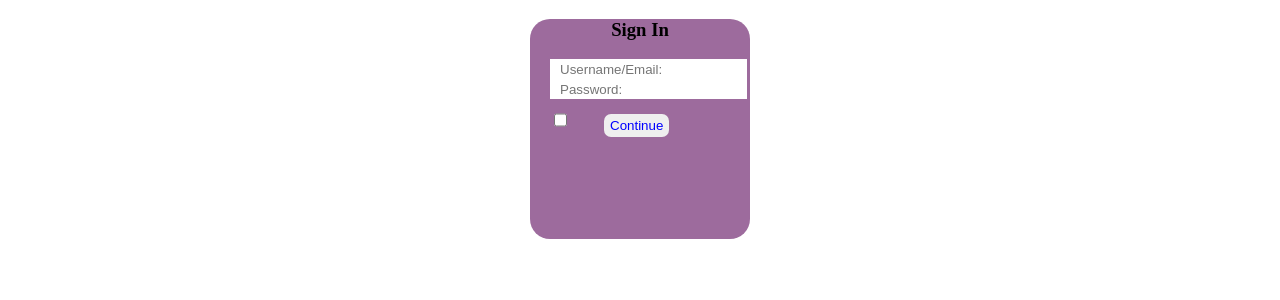
Repository: Tobby004/basic-loanweb
Page: signIn.html
These files come from the project's save history. The page is drawn as it stood at one moment and after the next save; the edit follows.
The browser window is 1280 px wide. The pictures show the whole page.

Above is the page before, as saved 2023-06-15 04:02:18.

### signIn.html
<!DOCTYPE html>
<html lang="en">
<head>
    <meta charset="UTF-8">
    <meta http-equiv="X-UA-Compatible" content="IE=edge">
    <meta name="viewport" content="width=<device-width>, initial-scale=1.0">
    <title>SIGN-IN</title>
    <link rel="stylesheet" href="signin.css">
</head>
<body>
    <div class="signin-box">
    <h3>Sign In</h3>
    <form>
        <input id="User" type="text" placeholder="Username/Email:">
        <input id="pass" type="password" placeholder="Password:">
        <input id="check" type="checkbox"
    </form>
    <button>Continue</button>
</div>
<script>
    check.onclick = togglePassword;
    function togglePassword() {
      if (check.checked) pass.type = "text";
      else pass.type = "password";
    }
</script>
</body>
</html>

### signin.css
* {
    box-sizing: border-box;
}
.signin-box{
    margin: auto;
    height: 220px;
    width: 220px;
    background: #9d6b9d;
    border-radius: 20px;
}
h3 {
    text-align: center;

}
form {
    margin-left: 20px;
}
input{
    height: 20px;
    padding: 10px;
    border: none;
}
button {
    margin-top: 15px;
    margin-left: 30px;
    height: 23px;
    border: none;
    border-radius:7px;
    color: blue;
}

After the next save:
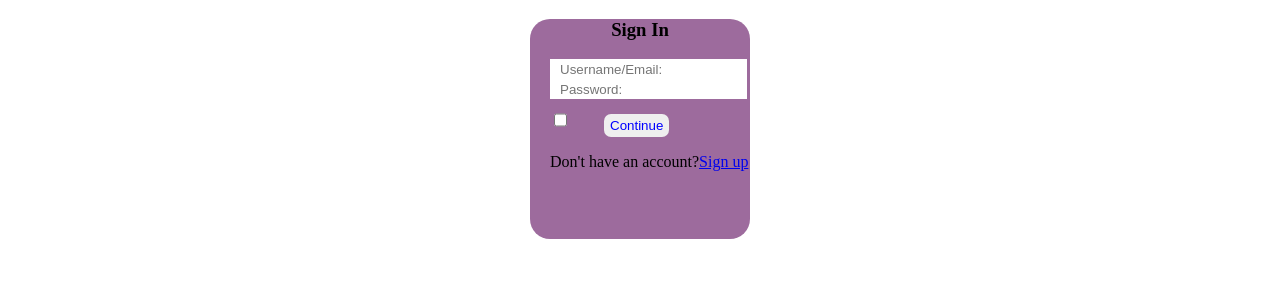
Saved 2 h 12 min later.
--- a/signIn.html
+++ b/signIn.html
@@ -16,6 +16,7 @@
         <input id="check" type="checkbox"
     </form>
     <button>Continue</button>
+    <p>Don't have an account?<a href="loanreg.html">Sign up</a></p>
 </div>
 <script>
     check.onclick = togglePassword;
